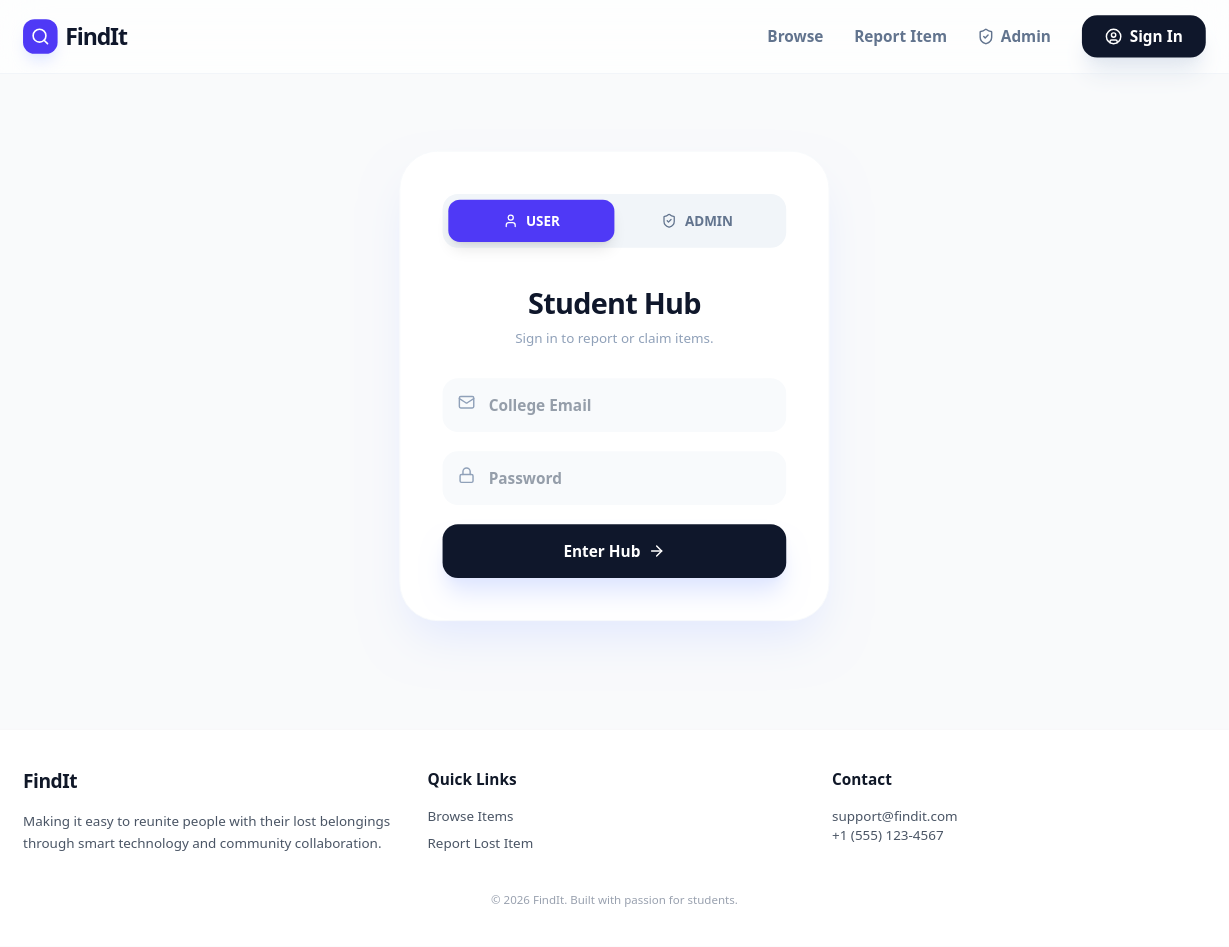
Repository: roygaurav007/lost-and-found
Page: /login (app in Frontend/client/)
The author's editor kept a copy of each file at every save. The page is drawn from the files as they stood at one save, then again after a run of saves.
The browser window is 1280 px wide. The pictures show the whole page, at 96% of full size.
The project was rebuilt for these pictures with package versions that can differ from the ones it lists, and the page was loaded fresh each time. Also part of the build but not shown: Frontend/client/vite.config.js, Frontend/client/src/pages/Home.jsx, Frontend/client/src/utils/formSchemas.js, Frontend/client/src/pages/ReportItem.jsx, Frontend/client/src/pages/BrowseItems.jsx, Frontend/client/src/pages/AdminDashboard.jsx.

Above is the page before, as saved 2026-02-02 16:33:50.

After the next 2 saves:
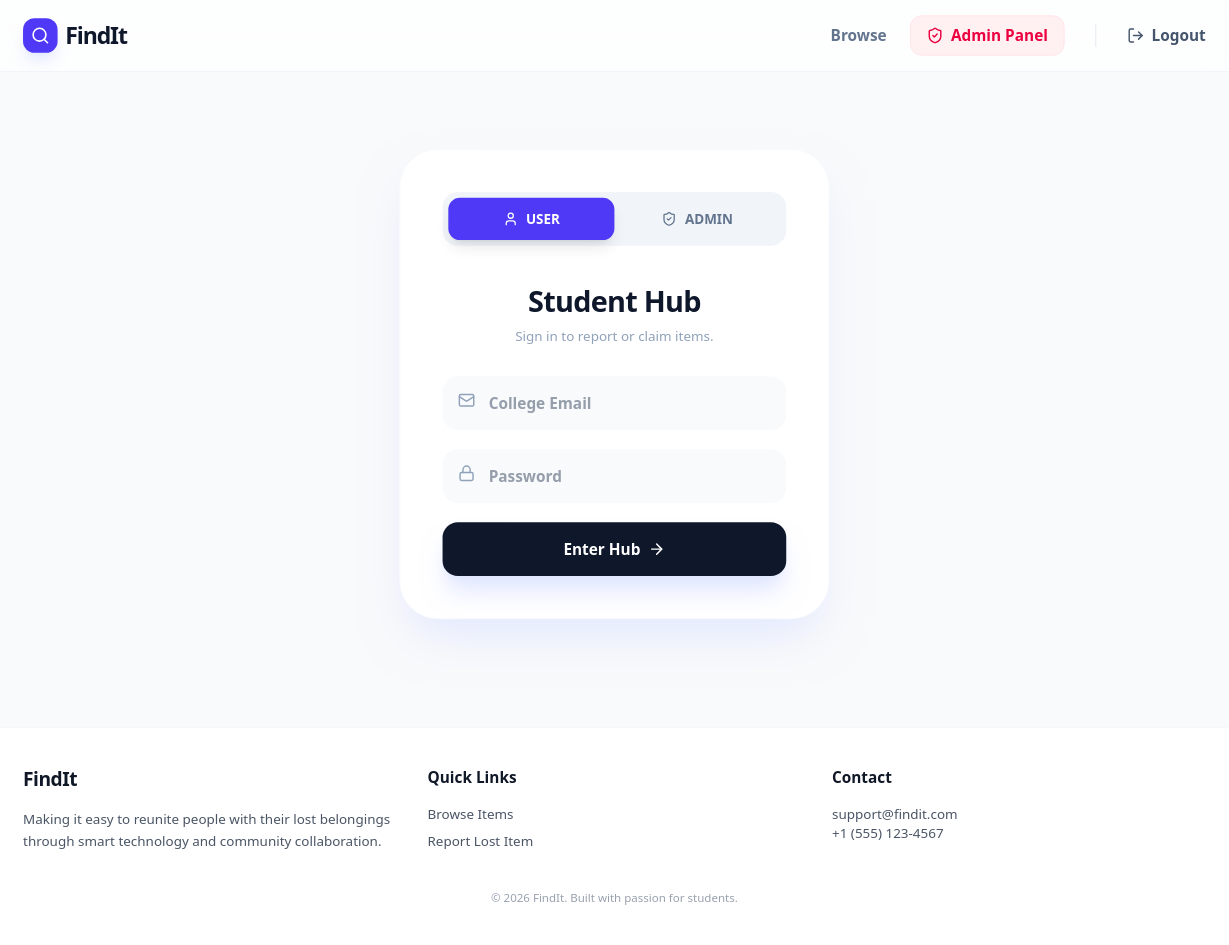
The 2 saves are shown as one change because they came seconds apart.
The last was saved 92 s later.
--- a/Frontend/client/src/components/Navbar.jsx
+++ b/Frontend/client/src/components/Navbar.jsx
@@ -1,8 +1,13 @@
 import { Link } from 'react-router-dom';
-import { motion } from 'framer-motion'; // For interactive animations
-import { Search, PlusCircle, UserCircle, ShieldCheck } from 'lucide-react';
+import { motion } from 'framer-motion';
+import { Search, PlusCircle, UserCircle, ShieldCheck, LogOut } from 'lucide-react';
 
 const Navbar = () => {
+  // 💡 These will eventually be handled by your Global State (Redux/Context)
+  // For now, manually toggle these to test your UI:
+  const isLoggedIn = true;
+  const userRole = 'admin'; // Options: 'user' or 'admin'
+
   return (
     <nav className="sticky top-0 z-50 bg-white/70 backdrop-blur-xl border-b border-slate-100 px-6 py-4">
       <div className="max-w-7xl mx-auto flex justify-between items-center">
@@ -19,23 +24,46 @@ const Navbar = () => {
         </Link>
 
         {/* Navigation Links */}
-        <div className="hidden md:flex items-center gap-8">
+        <div className="hidden md:flex items-center gap-6">
           <Link to="/browse" className="text-slate-500 font-bold hover:text-indigo-600 transition">Browse</Link>
-          <Link to="/report" className="text-slate-500 font-bold hover:text-indigo-600 transition">Report Item</Link>
 
-          {/* ✅ The missing Admin door */}
-          <Link to="/admin" className="text-slate-500 font-bold hover:text-rose-600 transition flex items-center gap-1.5">
-            <ShieldCheck size={18} />
-            Admin
-          </Link>
+          {/* 📝 USER ONLY: Show Report Link */}
+          {isLoggedIn && userRole === 'user' && (
+            <Link to="/report" className="text-slate-500 font-bold hover:text-indigo-600 transition flex items-center gap-1.5">
+              <PlusCircle size={18} />
+              Report
+            </Link>
+          )}
 
-          {/* Login Button with Animation */}
-          <motion.div whileHover={{ y: -2 }} whileActive={{ scale: 0.95 }}>
-            <Link to="/login" className="flex items-center gap-2 bg-slate-900 text-white px-6 py-2.5 rounded-2xl font-bold hover:bg-indigo-600 transition shadow-xl shadow-slate-200">
-              <UserCircle size={18} />
-              Sign In
+          {/* 🛡️ ADMIN ONLY: Show Admin Panel with distinct styling */}
+          {isLoggedIn && userRole === 'admin' && (
+            <Link to="/admin" className="flex items-center gap-2 bg-rose-50 text-rose-600 px-4 py-2 rounded-xl font-black hover:bg-rose-100 transition border border-rose-100">
+              <ShieldCheck size={18} />
+              Admin Panel
             </Link>
-          </motion.div>
+          )}
+
+          {/* Divider */}
+          <div className="h-6 w-[1px] bg-slate-200 mx-2" />
+
+          {/* Auth Button: Switches between Sign In and Logout */}
+          {isLoggedIn ? (
+            <motion.button
+              whileHover={{ scale: 1.02 }}
+              whileTap={{ scale: 0.98 }}
+              className="flex items-center gap-2 text-slate-600 font-bold hover:text-rose-500 transition-colors"
+            >
+              <LogOut size={18} />
+              Logout
+            </motion.button>
+          ) : (
+            <motion.div whileHover={{ y: -2 }} whileTap={{ scale: 0.95 }}>
+              <Link to="/login" className="flex items-center gap-2 bg-slate-900 text-white px-6 py-2.5 rounded-2xl font-bold hover:bg-indigo-600 transition shadow-xl shadow-slate-200">
+                <UserCircle size={18} />
+                Sign In
+              </Link>
+            </motion.div>
+          )}
         </div>
       </div>
     </nav>
